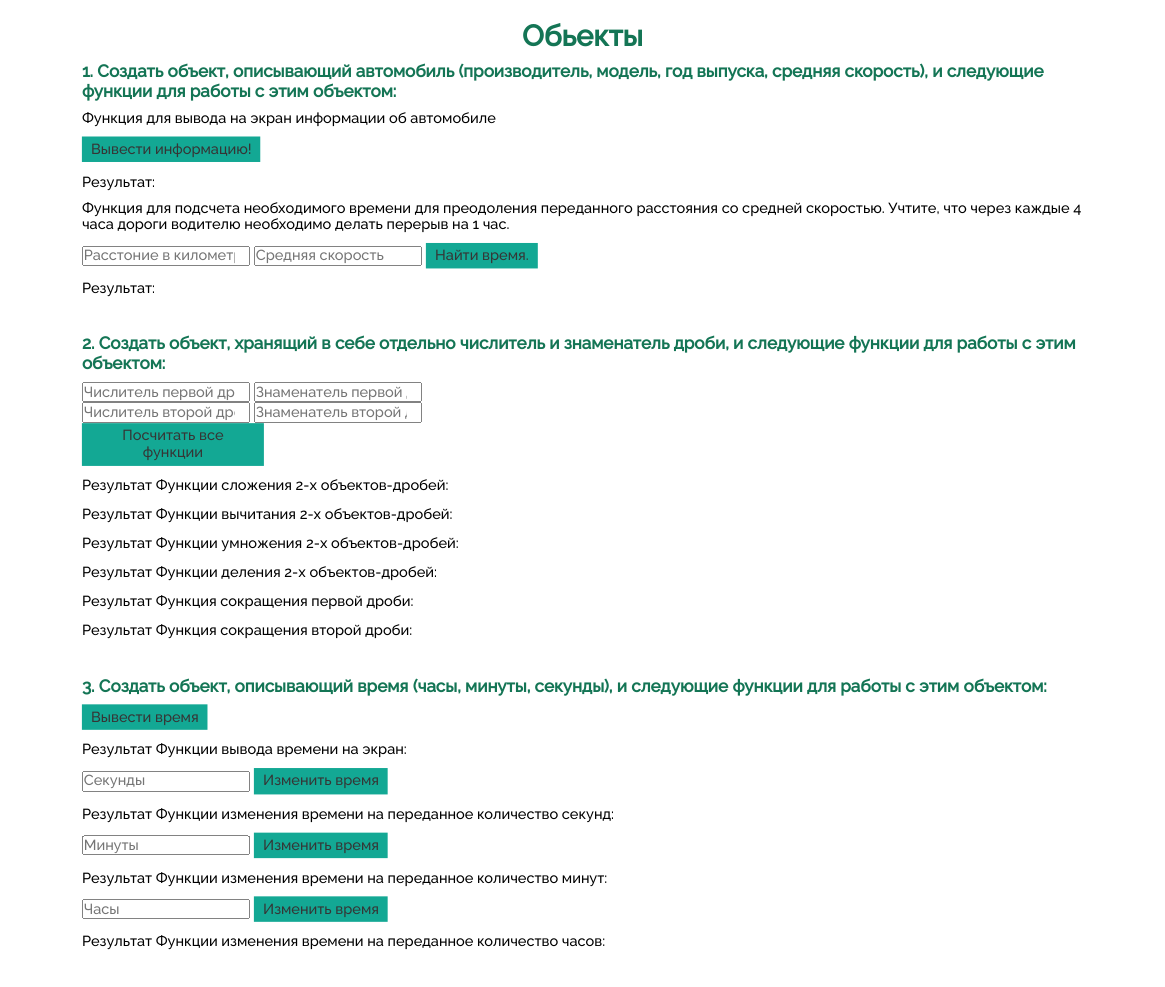
Repository: NastyaGavrilova/Beetroot-js
Page: HW4/index.html
The author's editor kept a copy of each file at every save. The page is drawn from the files as they stood at one save, then again after the next save.
The browser window is 1280 px wide. The pictures show the whole page, at 91% of full size.

Above is the page before, as saved 2021-10-23 17:36:52.

### HW4/index.html
<!DOCTYPE html>
<html lang="en">
  <head>
    <meta charset="UTF-8" />
    <meta http-equiv="X-UA-Compatible" content="IE=edge" />
    <meta name="viewport" content="width=device-width, initial-scale=1.0" />
    <link
      rel="stylesheet"
      href="https://cdnjs.cloudflare.com/ajax/libs/normalize/8.0.1/normalize.min.css"
      integrity="sha512-NhSC1YmyruXifcj/KFRWoC561YpHpc5Jtzgvbuzx5VozKpWvQ+4nXhPdFgmx8xqexRcpAglTj9sIBWINXa8x5w=="
      crossorigin="anonymous"
      referrerpolicy="no-referrer"
    />
    <link rel="stylesheet" href="./index.css" />
    <link rel="shortcut icon" href="./favicon.ico" type="image/x-icon" />
    <style>
      @import url("https://fonts.googleapis.com/css2?family=Raleway:wght@300;500&display=swap");
    </style>
    <title>Objects</title>
  </head>
  <body>
    <header class="c-header">
      <div class="c-header__wrapper">
        <h1 class="c-header__title title">Обьекты</h1>
      </div>
    </header>

    <section class="c-task1 task">
      <div class="c-task1__wrapper">
        <h3 class="c-task1__title title">
          1. Создать объект, описывающий автомобиль (производитель, модель, год
          выпуска, средняя скорость), и следующие функции для работы с этим
          объектом:
        </h3>
        <p class="c-task1__paragraph">
          Функция для вывода на экран информации об автомобиле
        </p>
        <button class="c-task1__btn" id="js-task1-btn">
          Вывести информацию!
        </button>
        <p class="c-task1__result">
          Результат: <span id="js-tak1-span"></span>
        </p>
        <p class="c-task1__subparagraph">
          Функция для подсчета необходимого времени для преодоления переданного
          расстояния со средней скоростью. Учтите, что через каждые 4 часа
          дороги водителю необходимо делать перерыв на 1 час.
        </p>
        <form action="#" method="post" id="js-tak1-form">
          <input
            type="number"
            id="js-task1-input1"
            placeholder="Расстоние в километрах"
          />
          <input
            type="number"
            id="js-task1-input2"
            placeholder="Средняя скорость"
          />
          <button id="js-task1-btn1">Найти время.</button>
        </form>
        <p class="c-task1__result">
          Результат: <span id="js-task1-span1"></span>
        </p>
      </div>
    </section>

    <section class="c-task2 task">
      <div class="c-task2__wrapper">
        <h3 class="c-task2__title title">
          2. Создать объект, хранящий в себе отдельно числитель и знаменатель
          дроби, и следующие функции для работы с этим объектом:
        </h3>

        <form action="#" class="c-task2-form" method="get">
          <div class="c-task2-form__wrapper">
            <div class="c-task2_first-fraction">
              <input
                type="number"
                class="c-input"
                id="js-task2-input1"
                placeholder="Числитель первой дроби"
              />
              <input
                type="number"
                class="c-input"
                id="js-task2-input2"
                placeholder="Знаменатель первой дроби"
              />
            </div>
            <div class="c-task2_second-fraction">
              <input
                class="c-input"
                type="number"
                id="js-task2-input3"
                placeholder="Числитель второй дроби"
              />
              <input
                type="number"
                class="c-input"
                id="js-task2-input4"
                placeholder="Знаменатель второй дроби"
              />
            </div>

            <button id="js-task2-btn">Посчитать все функции</button>
          </div>
        </form>
        <p class="c-task2__result">
          Результат Функции сложения 2-х объектов-дробей:
          <span id="js-task2-span1"></span>
        </p>
        <p class="c-task2__result">
          Результат Функции вычитания 2-х объектов-дробей:
          <span id="js-task2-span2"></span>
        </p>
        <p class="c-task2__result">
          Результат Функции умножения 2-х объектов-дробей:
          <span id="js-task2-span3"></span>
        </p>
        <p class="c-task2__result">
          Результат Функции деления 2-х объектов-дробей:
          <span id="js-task2-span4"></span>
        </p>
        <p class="c-task2__result">
          Результат Функция сокращения первой дроби:
          <span id="js-task2-span5"></span>
        </p>
        <p class="c-task2__result">
          Результат Функция сокращения второй дроби:
          <span id="js-task2-span6"></span>
        </p>
      </div>
    </section>

    <section class="c-task3 task">
      <div class="c-task3__wrapper">
        <h3 class="c-task3__title title">
          3. Создать объект, описывающий время (часы, минуты, секунды), и
          следующие функции для работы с этим объектом:
        </h3>
        <button id="js-task3-btn1">Вывести время</button>
        <p class="c-task3__result">
          Результат Функции вывода времени на экран:
          <span id="js-task3-span1"></span>
        </p>
        <form action="#" class="c-task2-form1" method="get">
          <input type="number" id="js-task3-input1" placeholder="Секунды" />
          <button id="js-task3-btn2">Изменить время</button>
        </form>
        <p class="c-task3__result">
          Результат Функции изменения времени на переданное количество секунд:
          <span id="js-task3-span2"></span>
        </p>
        <form action="#" class="c-task2-form2" method="get">
          <input type="number" id="js-task3-input2" placeholder="Минуты" />
          <button id="js-task3-btn3">Изменить время</button>
        </form>
        <p class="c-task3__result">
          Результат Функции изменения времени на переданное количество минут:
          <span id="js-task3-span3"></span>
        </p>
        <form action="#" class="c-task2-form3" method="get">
          <input type="number" id="js-task3-input3" placeholder="Часы" />
          <button id="js-task3-btn4">Изменить время</button>
        </form>
        <p class="c-task3__result">
          Результат Функции изменения времени на переданное количество часов:
          <span id="js-task3-span4"></span>
        </p>
        <!-- <p class="c-task3__result">
          Результат Функции изменения времени на переданное количество секунд:
          <span id="js-task3-span2"></span>
        </p>
        <p class="c-task3__result">
          Результат Функции изменения времени на переданное количество минут:
          <span id="js-task3-span3"></span>
        </p>
        <p class="c-task3__result">
          Результат Функции изменения времени на переданное количество часов:
          <span id="js-task3-span4"></span> -->
        <!-- </p> -->
      </div>
    </section>
    <script src="./index.js"></script>
  </body>
</html>

### HW4/index.css
* {
  box-sizing: border-box;
  padding: 0;
  margin: 0;
}

body {
  max-width: 1200px;
  margin: 0 auto;
  font-family: "Raleway", sans-serif;
}
.c-header {
  text-align: center;
}

.task {
  padding: 0 50px 30px 50px;
}
.title {
  margin-bottom: 10px;
  color: rgb(20, 117, 85);
}
p {
  margin-bottom: 10px;
  font-weight: 500;
}
span {
  font-size: 19px;
  font-weight: 500;
}
button {
  border: none;
  background-color: rgb(19, 168, 148);
  color: rgb(54, 53, 53);
  margin-bottom: 10px;
  font-weight: 500;
  padding: 5px 10px;
  cursor: pointer;
}
button:active {
  transform: scale(0.9);
}
.c-input {
  max-width: 200px;
}
#js-task2-btn {
  max-width: 200px;
}
/* display: flex;
flex-direction: column; */

### HW4/index.js
// task 1
let car = {
  producer: "Volkswagen",
  model: "Tiguan",
  year: 2007,
  avgSpeed: 120,
};

let btn1 = document.getElementById("js-task1-btn");
btn1.addEventListener("click", (e) => {
  let information = document.getElementById("js-tak1-span");
  return (information.innerHTML =
    "Producer: " +
    car.producer +
    ",\nModel: " +
    car.model +
    ",\nAge of issue: " +
    car.year +
    ",\nAverage speed: " +
    car.avgSpeed +
    " km/h");
});

let btn1_1 = document.getElementById("js-task1-btn1");
btn1_1.addEventListener("click", (event) => {
  event.preventDefault();
  const distance = document.getElementById("js-task1-input1");
  const averageSpeed = document.getElementById("js-task1-input2");
  let time = document.getElementById("js-task1-span1");
  let timeInWay = Math.round(distance.value / averageSpeed.value);
  let timeInRest =
    timeInWay % 4 == 0 ? ((timeInWay / 4) | 0) - 1 : (timeInWay / 4) | 0;
  let timeTotal = timeInWay + timeInRest;
  return (time.innerHTML = timeTotal);
});

// task 2
let firstNumerator = document.getElementById("js-task2-input1");
let firstDenominator = document.getElementById("js-task2-input2");
let secondNumerator = document.getElementById("js-task2-input3");
let secondDenominator = document.getElementById("js-task2-input4");

function Fraction(upNumber, downNumber) {
  return { upNumber: upNumber, downNumber: downNumber };
}
let firstFraction = Fraction(firstNumerator, firstDenominator);
let secondFraction = Fraction(secondNumerator, secondDenominator);

function fracAddition(obj1, obj2) {
  let addition = document.getElementById("js-task2-span1");
  let resultUpNumber =
    obj1.upNumber.value * obj2.downNumber.value +
    obj2.upNumber.value * obj1.downNumber.value;
  let resultDownNumber = obj1.downNumber.value * obj2.downNumber.value;
  if (obj1.upNumber.value != 0 || obj2.upNumber.value != 0) {
    if (obj1.downNumber.value != 0 && obj2.downNumber.value != 0) {
      return (addition.innerHTML = `${resultUpNumber}/${resultDownNumber}`);
    } else {
      return (addition.innerHTML = "Деление на 0 невозможно!");
    }
  } else {
    return (addition.innerHTML = 0);
  }
}
function fracSubtraction(obj1, obj2) {
  let subtraction = document.getElementById("js-task2-span2");
  let resultUpNumber =
    obj1.upNumber.value * obj2.downNumber.value -
    obj2.upNumber.value * obj1.downNumber.value;
  let resultDownNumber = obj1.downNumber.value * obj2.downNumber.value;
  if (obj1.upNumber.value != 0 || obj2.upNumber.value != 0) {
    if (obj1.downNumber.value != 0 && obj2.downNumber.value != 0) {
      return (subtraction.innerHTML = `${resultUpNumber}/${resultDownNumber}`);
    } else {
      return (subtraction.innerHTML = "Деление на 0 невозможно!");
    }
  } else {
    return (subtraction.innerHTML = 0);
  }
}
function fracMiltiplicatin(obj1, obj2) {
  let multiplication = document.getElementById("js-task2-span3");
  let resultUpNumber = obj1.upNumber.value * obj2.upNumber.value;
  let resultDownNumber = obj1.downNumber.value * obj2.downNumber.value;
  if (obj1.upNumber.value != 0 && obj2.upNumber.value != 0) {
    if (obj1.downNumber.value != 0 && obj2.downNumber.value != 0) {
      return (multiplication.innerHTML = `${resultUpNumber}/${resultDownNumber}`);
    } else {
      return (multiplication.innerHTML = "Деление на 0 невозможно!");
    }
  } else {
    return (multiplication.innerHTML = 0);
  }
}
function fracDevision(obj1, obj2) {
  let devision = document.getElementById("js-task2-span4");
  let resultUpNumber = obj1.upNumber.value * obj2.downNumber.value;
  let resultDownNumber = obj1.downNumber.value * obj2.upNumber.value;
  if (obj1.downNumber.value != 0 && obj2.upNumber.value != 0) {
    if (obj1.upNumber.value != 0 && obj2.downNumber.value != 0) {
      return (devision.innerHTML = `${resultUpNumber}/${resultDownNumber}`);
    } else {
      return (devision.innerHTML = 0);
    }
  } else {
    return (devision.innerHTML = "Деление на 0 невозможно!");
  }
}

function fracReductionFirst(obj1) {
  let reduction = document.getElementById("js-task2-span5");
  let n;
  let d;

  for (var i = 2; i <= obj1.upNumber.value; i++) {
    if (obj1.upNumber.value % i === 0 && obj1.downNumber.value % i === 0) {
      (n = obj1.upNumber.value / i), (d = obj1.downNumber.value / i);
    }
  }

  if (obj1.upNumber.value != 0) {
    if (obj1.downNumber.value != 0) {
      return (reduction.innerHTML = n + "/" + d);
    } else {
      return (reduction.innerHTML = "Деление на 0 невозможно!");
    }
  } else {
    return (reduction.innerHTML = "Невозможно сократить дробь");
  }
}
function fracReductionSeocnd(obj2) {
  let reduction1 = document.getElementById("js-task2-span6");
  let n1;
  let d1;
  for (var j = 2; j <= obj2.upNumber.value; j++) {
    if (obj2.upNumber.value % j === 0 && obj2.downNumber.value % j === 0) {
      (n1 = obj2.upNumber.value / j), (d1 = obj2.downNumber.value / j);
    }
  }
  if (obj2.upNumber.value != 0) {
    if (obj2.downNumber.value != 0) {
      return (reduction1.innerHTML = n1 + "/" + d1);
    } else {
      return (reduction1.innerHTML = "Деление на 0 невозможно!");
    }
  } else {
    return (reduction1.innerHTML = "Невозможно сократить дробь");
  }
}
let btn2 = document.getElementById("js-task2-btn");
btn2.addEventListener("click", (et) => {
  et.preventDefault();
  fracAddition(firstFraction, secondFraction);
  fracSubtraction(firstFraction, secondFraction);
  fracMiltiplicatin(firstFraction, secondFraction);
  fracDevision(firstFraction, secondFraction);
  fracReductionFirst(firstFraction);
  fracReductionSeocnd(secondFraction);
});

// task 3

let btn3 = document.getElementById("js-task3-btn1");
let btn31 = document.getElementById("js-task3-btn2");
let btn32 = document.getElementById("js-task3-btn3");
let btn33 = document.getElementById("js-task3-btn4");

let objTime = {
  hours: 12,
  minutes: 45,
  seconds: 17,
  showTime: function (spanEl) {
    return (spanEl.innerHTML = `${this.hours}:${this.minutes}:${this.seconds}`);
  },
  addSeconds: function (seconds) {
    if (seconds <= 0) {
      alert("You entered incorrect time!");
    } else if (seconds + this.seconds >= 60) {
      let differenceMin = Math.floor((this.seconds + seconds) / 60);
      this.seconds = (this.seconds + seconds) % 60;
      this.addMinutes(differenceMin);
    } else {
      this.seconds += seconds;
    }
  },
  addMinutes: function (minutes) {
    if (minutes <= 0) {
      alert("You entered incorrect time!!!");
    } else if (this.minutes + minutes >= 60) {
      let differenceHours = Math.floor((this.minutes + minutes) / 60);
      this.minutes = (this.minutes + minutes) % 60;

      this.addHours(differenceHours);
    } else {
      this.minutes += minutes;
    }
  },
  addHours: function (hours) {
    if (hours <= 0) {
      alert("You entered incorrect time!");
    } else if (hours + this.hours >= 24) {
      this.hours = (this.hours + hours) % 24;
      console.log(hours);
    } else {
      this.hours += hours;
    }
  },
};

btn3.addEventListener("click", (e) => {
  e.preventDefault();
  let showInfoTime = document.getElementById("js-task3-span1");
  objTime.showTime(showInfoTime);
});

btn33.addEventListener("click", (event) => {
  event.preventDefault();
  let hoursTime = document.getElementById("js-task3-input3");
  let showHourChange = document.getElementById("js-task3-span4");
  objTime.addHours(+hoursTime.value);
  objTime.showTime(showHourChange);
});

btn32.addEventListener("click", (e) => {
  e.preventDefault();
  let minTime = document.getElementById("js-task3-input2");
  let showMinChange = document.getElementById("js-task3-span3");
  objTime.addMinutes(+minTime.value);
  objTime.showTime(showMinChange);
});

btn31.addEventListener("click", (e) => {
  e.preventDefault();
  let secTime = document.getElementById("js-task3-input1");
  let showSecChange = document.getElementById("js-task3-span2");
  objTime.addSeconds(+secTime.value);
  objTime.showTime(showSecChange);
});

After the next save:
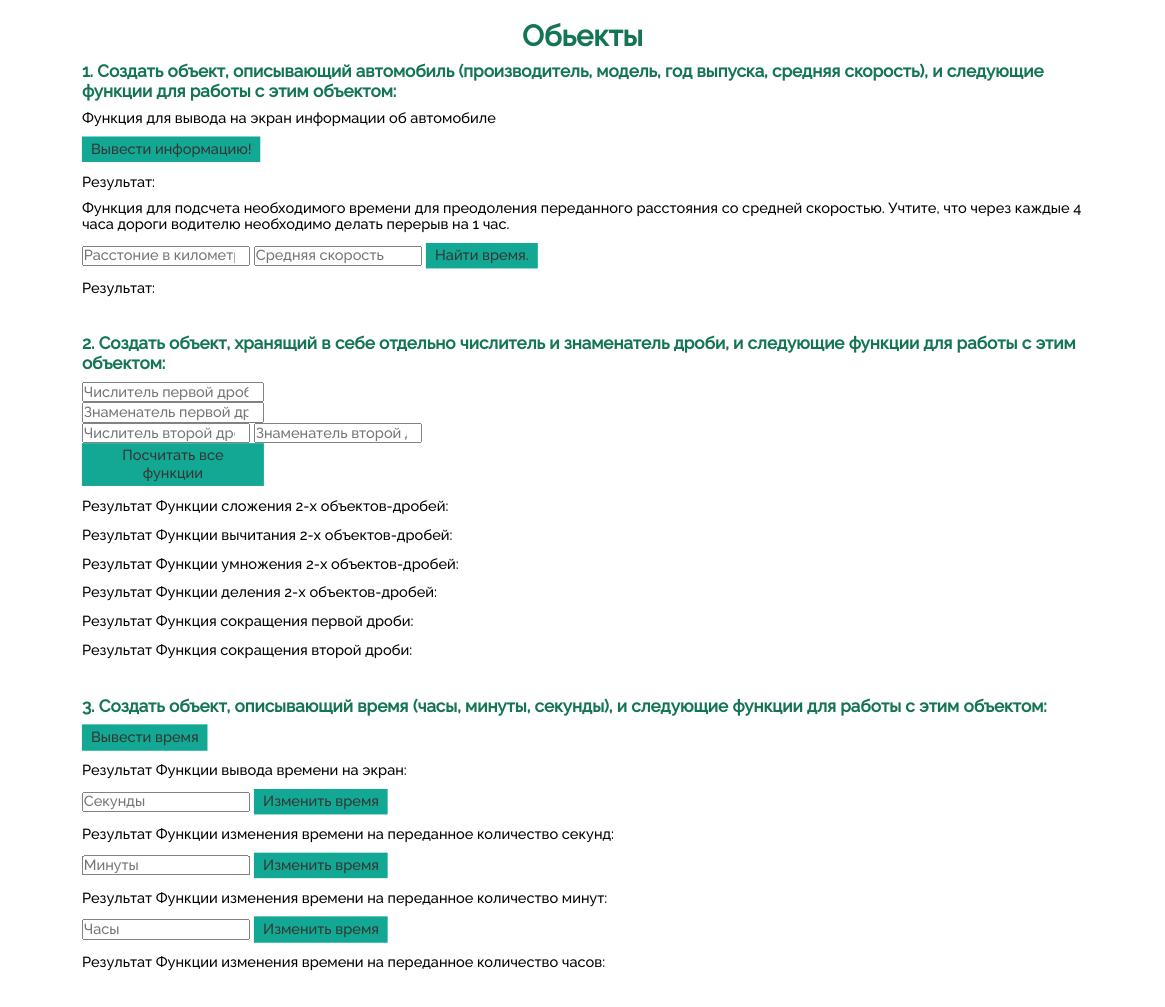
Saved 20 s later.
--- a/HW4/index.css
+++ b/HW4/index.css
@@ -43,6 +43,10 @@ button:active {
 .c-input {
   max-width: 200px;
 }
+.c-task2_first-fraction {
+  display: flex;
+  flex-direction: column;
+}
 #js-task2-btn {
   max-width: 200px;
 }
